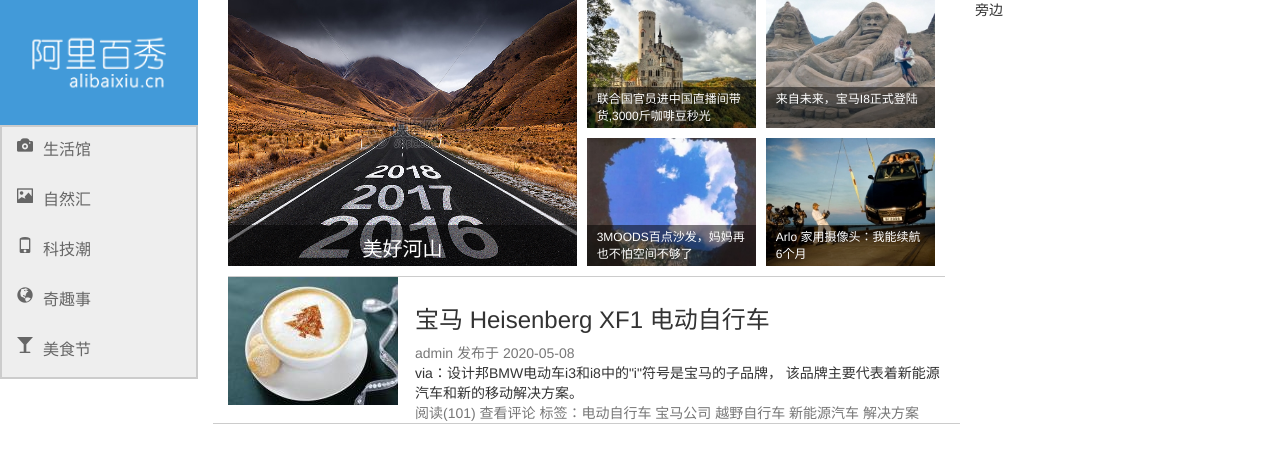
Repository: zhangwen001208/bootstrap-demo
Page: index.html
The author's editor kept a copy of each file at every save. The page is drawn from the files as they stood at one save, then again after the next save.
The browser window is 1280 px wide. The pictures show the whole page.

Above is the page before, as saved 2022-09-08 15:52:36.

### index.html
<!DOCTYPE html>
<html lang="en">
<head>
    <meta charset="UTF-8">
    <meta http-equiv="X-UA-Compatible" content="IE=edge">
    <meta name="viewport" content="width=device-width, initial-scale=1.0">
    <link rel="stylesheet" href="./bootstrap/css/bootstrap.min.css">
    <link rel="stylesheet" href="./css/index.css">

    <title>Document</title>
</head>
<body>
    <div class="container">
        <div class="row">
            <header class="col-md-2">
                <div class="logo">
                    <img src="./images/logo.png" alt="">
                </div>
                <div class="nav">
                    <ul class="nav flex-column">
                        <li class="nav-item">
                          <a class="nav-link active glyphicon glyphicon-camera" href="#">生活馆</a>
                        </li>
                        <li class="nav-item">
                          <a class="nav-link glyphicon glyphicon-picture" href="#">自然汇</a>
                        </li>
                        <li class="nav-item">
                          <a class="nav-link glyphicon glyphicon-phone" href="#">科技潮</a>
                        </li>
                        <li class="nav-item">
                          <a class="nav-link glyphicon glyphicon-globe ">奇趣事</a>
                        </li>
                        <li class="nav-item">
                            <a class="nav-link glyphicon glyphicon-glass">美食节</a>
                          </li>
                      </ul>
                </div>

            </header>
            <article class="col-md-7 ">
             <div>
                <ul class="item clearfix">
                    <li>
                        <a href="">
                        <img src="./images/news-1.jpg" alt="">
                        <p>美好河山</p>
                        </a>
                   </li>
                    <li><a href="">
                        <img src="./images/news-2.jpg" alt="">
                        <p>联合国官员进中国直播间带货,3000斤咖啡豆秒光</p>
                    </a></li>
                    <li><a href="">
                        <img src="./images/news-3.jpg" alt="">
                        <p>来自未来，宝马I8正式登陆</p>
                    </a></li>
                    <li><a href="">
                        <img src="./images/news-4.jpg" alt="">
                        <p>3MOODS百点沙发，妈妈再也不怕空间不够了</p>
                    </a></li>
                    <li><a href="">
                        <img src="./images/news-5.jpg" alt="">
                        <p>Arlo 家用摄像头：我能续航6个月</p>
                    </a></li>
                  </ul>
             </div>
              <div class="page">
                <div class="row">
                    <div class="col-sm-3">
                        <img src="./images/news-6.jpg" alt="">
                    </div>
                    <div class="col-sm-9 pic">
                        <h3>宝马 Heisenberg XF1 电动自行车</h3>
                        <p class="text-muted">admin 发布于 2020-05-08</p>
                        <p>via：设计邦BMW电动车i3和i8中的"i"符号是宝马的子品牌， 该品牌主要代表着新能源汽车和新的移动解决方案。</p>
                        <p class="text-muted">阅读(101) 查看评论 标签：电动自行车 宝马公司 越野自行车 新能源汽车 解决方案</p>
                    </div>
                </div>
              </div>

            </article>
            <aside class="col-md-3">
                旁边

            </aside>



        </div>
    </div>

</body>
</html>

### css/index.css

 @media screen and (min-width: 1280px) {
    .container {
        width: 1280px
    }

 }
 ul{
    padding: 0;
    margin: 0;
 }
 ul>li {
    list-style: none;
    text-decoration: none;

 }
 a {
    color: #666;
 }
 a:hover {
    text-decoration: none;
 }
 p{
    margin-bottom: 0;
 }






 header {
    padding-left: 0 !important;

 }
 .logo {
    background-color: #429ad9;


 }
 .logo img {
    width: 100%;

 }
 .nav {
    border: 1px solid #ccc ;
    background-color: #eee;
 }

 .nav-item a {
    display: block;
    font-size: 16px;
    height: 50px;
 }
.nav-item a::before {
    vertical-align: middle;
    padding-right: 10px;
}
.nav-item:hover {
    background-color: #fff !important;
}

article {
    padding: 0;
}

.item li {

    float: left;
    width: 25%;
    height: 128px;
    padding-right: 10px;
    margin-bottom: 10px;

}
.item li a {
    position: relative;
    display: block;
    width: 100%;
    height: 100%;
}


.item li:nth-child(1) {
    width: 50%;
    height: 266px;
    padding-right: 10px;


}
.item li:nth-child(1) p {
    font-size: 20px;
    line-height: 41px;
    text-align: center;
}
.item li>a img {
    width: 100%;
    height: 100%;

}
.item li>a p {
    position: absolute;
    display: block;
    height: 41px;

    width: 100%;
    bottom: 0;
    left: 0;
    background: rgba(0, 0, 0, 0.5);
    font-size: 12px;
    padding: 4px 10px;
    color: #fff;

}
.page {
    display: block;
    height: 168px;

}
.page {
    border-top: 1px solid #ccc;
}

.page .row {
    border-bottom: 1px solid #ccc;

}
.pic {
    margin-top: 10px;
}
.pic img {
    width: 100%;
}

Loaded but not shown: bootstrap/css/bootstrap.min.css (library)

After the next save:
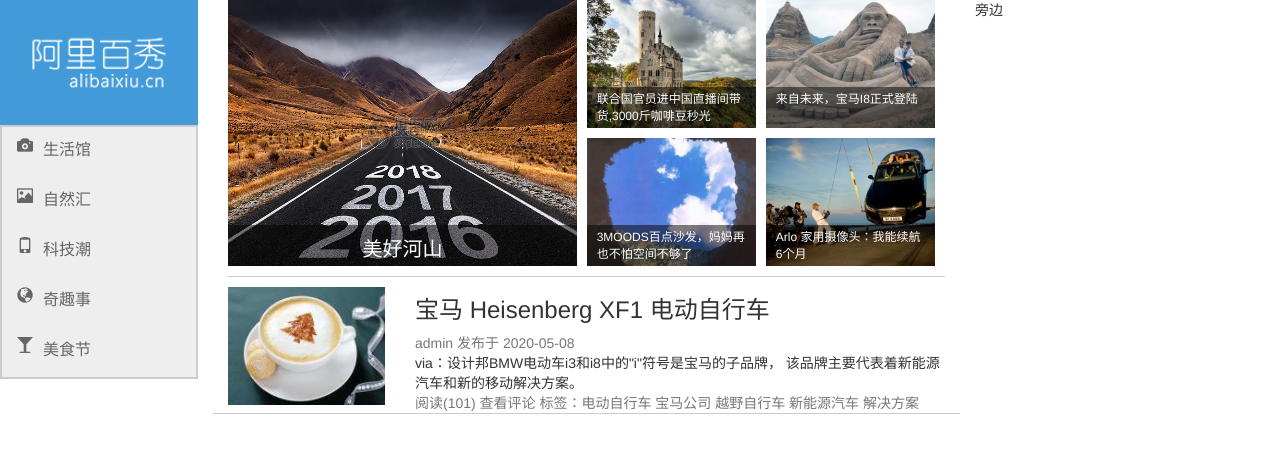
Saved 34 s later.
--- a/index.html
+++ b/index.html
@@ -66,10 +66,10 @@
              </div>
               <div class="page">
                 <div class="row">
-                    <div class="col-sm-3">
+                    <div class="col-sm-3 pic">
                         <img src="./images/news-6.jpg" alt="">
                     </div>
-                    <div class="col-sm-9 pic">
+                    <div class="col-sm-9 ">
                         <h3>宝马 Heisenberg XF1 电动自行车</h3>
                         <p class="text-muted">admin 发布于 2020-05-08</p>
                         <p>via：设计邦BMW电动车i3和i8中的"i"符号是宝马的子品牌， 该品牌主要代表着新能源汽车和新的移动解决方案。</p>
